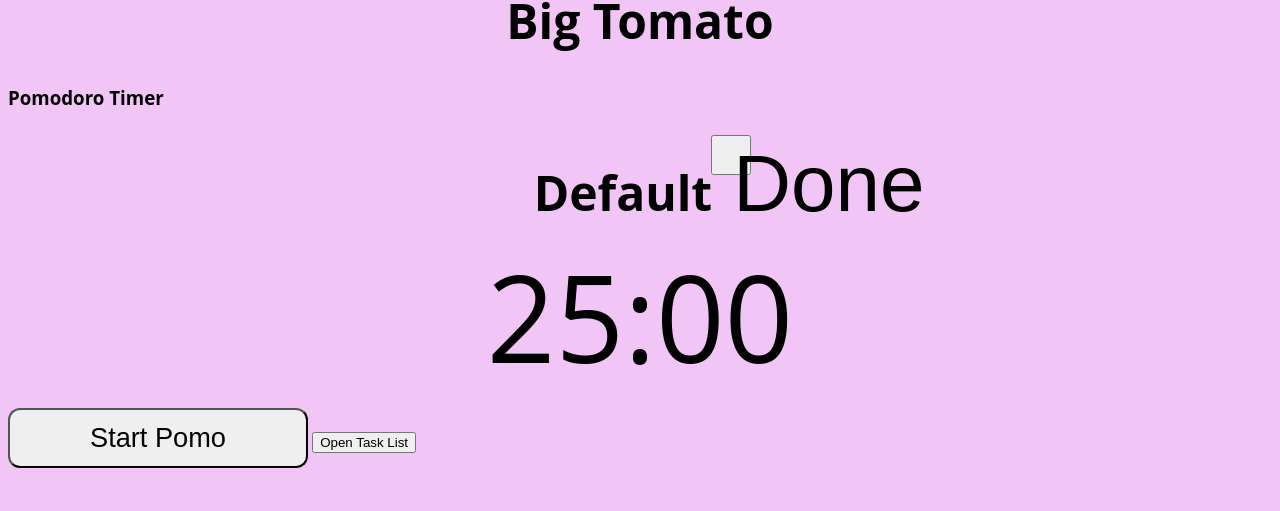
Repository: esong165/cse110-w21-group25
Page: source/index.html
These files come from the project's save history. The page is drawn as it stood at one moment and after the next save; the edit follows.
The browser window is 1280 px wide. The pictures show the whole page.

Above is the page before, as saved 2021-03-04 15:43:49.
Console error: TypeError: Cannot read properties of null (reading 'addEventListener')

### source/index.html
<!DOCTYPE html>
<html lang="en">
<head>


	<meta charset="UTF-8" />
	<title>Pomodoro Timer</title>
	<meta name="viewport" content="width=device-width, initial-scale=1.0" />
	<link rel="stylesheet" href="./main.css" />
</head>
<body>
	<header>
		<h1 id="site-header">Big Tomato</h1>
	</header>

	<main id="homeID" style="display:block">
		<h3>Pomodoro Timer</h3>
		<div id="current-task-container">
			<h3 id="current-task">Default</h3>
			<h3 id="num-pomos">1</h3>
			<button id="done-button" type="submit" value="Done With Task" >
				Done
			</button>
		</div>

		<section id="timer-display">
		<p id="time-remaining">25:00</p>
		<p id="identify" style="display:none">Yes</p>
		</section>
		<button id="timer-button">Start Pomo</button>

		<div id="task-list">
			<h3>Task Name:               Estimated pomodoros:</h3>
			<ul id="tasks-container" is="task-list"></ul>
			<form id="add-task-container">
				<label>Task name:</label>
				<input type="text" id="new-task-name" maxlength="30">
				<label>Estimated pomodoros:</label>
				<input type="number" id="new-task-count" value="1" min="1" max="99">
				<input type="submit" id="add-task-btn" value="Add Task">
			</form>
		</div>

		<button id="tasklist-btn">Open Task List</button>
		<audio id="alarm" src="./air-horn.mp3"></audio>

		<!-- <button id="settings-button">Settings Button</button> -->
	</main>

	<main id="settingsID" style="display:none">
		<form>
			Choose the length of the one pomo:
			<select id="pomoLength">
				<option>20 Minutes</option>
				<option>25 Minutes</option>
				<option>30 Minutes</option>
				<option>35 Minutes</option>
				</select>
			<br><br>
			<input type="button" onclick="getPomoLength()" value="Click Me2!">
		</form>

		<form>
			Display seconds:
			<select id="displaySeconds">
				<option>No</option>
				<option>Yes</option>
				</select>
			<br><br>
			<input type="button" onclick="getTimerStyle()" value="Click Me3!">
		</form>
	</main>

	<script src="./task-item.js" type="module"></script>
	<script src="./settings.js" type="module"></script>
	<script src="./timer.js" type="module"></script>
	<script src="./tasklist.js" type="module"></script>
	<script src="./main.js"></script>

</body>
</html>

### source/main.css
body {
	background-color: rgb(242, 197, 247); /* pomo, short: 184, 236, 184; long: 170, 210, 247; */
	font-family: 'Open Sans', sans-serif;
	padding-bottom: 0;
}

#site-header {
	text-align: center;
	font-size: 300%;
	margin-top: -20px;
}

html {
	overflow-y: scroll;
}

.taskbar-button {
	height: 50px;
	width: 50px;
}

/* nav-buttons */

#home-button {
	padding: 20px;
	outline: 0;
}

#stats-button {
	padding: 20px;
	outline: 0;
}

#settings-button {
	padding: 20px;
	outline: 0;
}

#task-list-button {
	padding: 20px;
	outline: 0;
}

#faq-button {
	padding: 20px;
	outline: 0;
}

/* task-bar */
#task-bar {
	text-align: center;
	margin: 0 auto;
	vertical-align: middle;
	padding-top: 0;
}

/* timer */
#current-task-container {
	text-align: center;
	margin-top: 30px;
}

#current-task {
	display: inline-block;
	font-size: 300%;
	margin: 0;
	text-align: center;
}

#time-remaining {
	font-size: 750%;
	margin-bottom: 10px;
	margin-top: 10px;
	text-align: center;
}

#mode-message {
	text-align: center;
	font-size: 150%;
}

#timer-button-container {
	text-align: center;
}

#timer-button {
	border-radius: 12px;
	font-size: 170%;
	padding: 2px, 2px, 8px, 8px;
	width: 300px;
	height: 60px;
	outline: 0;
}

#timer-button:hover {
	background-color: rgb(207, 207, 207);
}

/* task-list */
#add-task-container {
	text-align: center;
}

#task-list {
	display: none; /* Include some positioning */
}

#task-name {
	text-align: center;
}

#new-task-name {
	size: 20px;
}

#est-pomos {
	text-align: center;
}

#new-task-count {
	size: 20px;
}

#faq {
	display: flex;
	justify-content: center;
}

#faq {
	margin: 0 auto;
	max-width: 50%;
}

#faq div {
	max-width: 100%;
}

#task-list {
	display: none; /* Include some positioning */
}

#navButton {
	text-align: center;
	background-color: aquamarine;
}

#popup-button {
	background-color: rgba(247, 108, 108, 0.932);
	text-align: center;
	display: inline-block;
	font-size: 500%;
	cursor: pointer;
	padding: 20px 20px;
}

#done-button {
	cursor: pointer;
	display: inline-block;
	font-size: 500%;
	height: 40px;
	margin: -5px;
	outline: 0;
	padding-left: 20px;
	text-align: center;
	width: 40px;
}

#popup-button:hover {
	background-color: rgb(255, 0, 0);
}

#done-button:hover {
	background-color: rgb(30, 255, 0);
}

#num-pomos {
	display: none;
	font-size: 300%;
	text-align: center;
}

table,
th,
td {
	border: 1px solid black;
	width: 42%;
	text-align: center;
}

.task-item {
	list-style-type: none;
}

#tasks-container {
	text-align: center;
}

### source/task-item.js
/**
 * A class representing a task item.
 */
export default class TaskItem extends HTMLElement {
	/**
	 * Constructs a task item using the input task name and estimated pomodoro count.
	 * Sets the current pomodoro count to 0.
	 * @param {String} taskName - Name of the task.
	 * @param {Number} pomoCount - Estimated pomodoro count.
	 * @param {Number} currPomoCount - Number of pomodoro cycles that have been completed with this task.
	 */
	constructor(taskName, pomoCount, currPomoCount) {
		// Required call to super in custom web component
		super();

		// Initializes shadow DOM
		const shadow = this.attachShadow({ mode: 'open' });

		// Creates list object representing the task
		const task = document.createElement('li');
		task.setAttribute('class', 'task');
		task.setAttribute('draggable', 'true');
		task.style = 'list-style-type:none; ';

		// Set name of task
		const name = document.createElement('span');
		name.innerHTML = '';
		name.innerHTML += taskName;
		name.style = 'display:none;';
		task.appendChild(name);

		// Set estimated pomodoros
		const count = document.createElement('span');
		count.innerHTML = '';
		count.innerHTML += pomoCount;
		count.style = 'display:none;';
		task.appendChild(count);
		// Set current pomodoro count
		this.currPomos = currPomoCount;

		// Select task button note: considering making this a radio option or making the text a clickable button
		const selectTaskButton = document.createElement('button');
		selectTaskButton.innerHTML = taskName;
		task.appendChild(selectTaskButton);

		const selectPomoButton = document.createElement('button');
		selectPomoButton.innerHTML = pomoCount;
		task.appendChild(selectPomoButton);

		// Remove task button
		const removeTaskButton = document.createElement('button');
		removeTaskButton.innerHTML = 'Remove';
		task.appendChild(removeTaskButton);

		// Add task to shadow DOM
		shadow.appendChild(task);
	}

	drag(event) {
		console.log('drag');
	}

	drop(event) {
		event.preventDefault();
		console.log('drop');
	}

	allowDrop(event) {
		event.preventDefault();
	}
}

customElements.define('task-item', TaskItem);

### source/settings.js
/**
 * Settings Class
 */
export default class Settings {
    /**
     * Changes the current page to the settings page
     */
    constructor() {
        //this.buttonId = buttonId;
        document.getElementById("homeID").style.display = "none";
        document.getElementById("settingsID").style.display = "block";
    }

    /**
     * Changes the settings of the appearance of the timer
     */
    getTimerStyle() {
        let obj = document.getElementById("displaySeconds");
        document.getElementById("identify").innerHTML =
        obj.options[obj.selectedIndex].text;
    }

    /**
     * Changes the timer's intervals
     */
    getPomoLength() {
        let obj = document.getElementById("mySelect2");
        document.getElementById("time-remaining").innerHTML =
        obj.options[obj.selectedIndex].text;
    }
}


// a = new Settings();
document.getElementById('settings-button').addEventListener('click', () => {
    let a = new Settings();
});

### source/timer.js
/**
 * All things timer.
 */
export default class Timer {
	/**
	 * Constructs the timer with a default remaining time of 25 minutes.
	 */
	constructor() {
		//const myMinutes = document.getElementById('minutes');
		this.$remaining = 5 * 1000;
	}

	/**
	 * Gets the remaining time.
	 */
	get remaining() {
		return this.$remaining;
	}

	/**
	 * Sets the remaining time.
	 * @param {Number} time - the remaining time, in miliseconds
	 */
	set remaining(time) {
		this.$remaining = time;
		document.getElementById('time-remaining').textContent = this.$format(time);
	}

	/**
	 * Formats the given time to the form of mm:ss.
	 * @param {Number} time - the time, in miliseconds, to format
	 */
	$format(time) {
		const date = new Date(0);
		date.setMilliseconds(time);
		const isoDate = date.toISOString();
		let formatted;
		if (isoDate.length === 24) {
			formatted = isoDate.substr(14, 5);
		} else {
			formatted = isoDate.substr(17, 5);
		}
		return formatted;
	}

	$startCounter() {
		console.log(this.$remaining);
		this.$intervalId = setInterval(() => {
			this.$remaining -= 1000;
			//console.log(this.$remaining);
			if (this.$remaining === 0) {
				cancelInterval(this.$intervalId);
				document.getElementById('alarm').play();
			}
		}, 1000);
	}
}

document.addEventListener('DOMContentLoaded', () => {
	if (window.app === undefined) window.app = {};
	window.app.timer = new Timer();
	document.getElementById('timer-button').addEventListener('click', window.app.timer.$startCounter);
});
/*
let intervalHandle;
let myMinutes;
let mySeconds;
*/
/**
 * Once the count down is done, timer is reset to the previous page.
 */
/*
function resetPage() {
	document.getElementById('input-area').style.display = 'block';
	document.getElementById('rules').style.display = 'block';
	document.getElementById('timer-button').style.display = 'block';
}
*/
/**
 * Shows the time after each second.
 */
/*
function tick() {
	const timeDisplay = document.getElementById('time-remaining');
	if (mySeconds < 10) {
		mySeconds = '0' + mySeconds;
	}
	if (myMinutes === 0) {
		myMinutes = '00';
	} else if (myMinutes < 10) {
		myMinutes = '0' + myMinutes;
	}
	const message = myMinutes.toString() + ':' + mySeconds;
	timeDisplay.innerHTML = message;
	if (mySeconds === 0 && myMinutes !== 0) {
		myMinutes--;
		mySeconds = 60;
	} else if (mySeconds === 0) {
		document.getElementById('alarm').play();
		clearInterval(intervalHandle);
		resetPage();
	}
	mySeconds--;
}
*/
/**
 * Function starts when the button is clicked and takes in the minute and second input
 */
/*
function startCounter() {
	myMinutes = document.getElementById('minutes').value;
	mySeconds = document.getElementById('seconds').value;
	if (isNaN(myMinutes)) {
		alert('Type a valid number please');
		return;
	}
	if (isNaN(mySeconds)) {
		alert('Type a valid number please');
		return;
	}
	intervalHandle = setInterval(tick, 1000);
	document.getElementById('input-area').style.display = 'none';
	document.getElementById('rules').style.display = 'none';
	document.getElementById('timer-button').style.display = 'none';
}
*/

### source/tasklist.js
import TaskItem from './task-item.js';

/**
 * A class representing a Tasklist.
 */
export default class Tasklist extends HTMLUListElement {
	/**
	 * Constructs the Tasklist with a default tasklist and selected task, or
	 * the tasklist and selected task stored in localStorage if they exist.
	 */
	constructor() {
		// Required call to super in custom web component
		super();

		// Initialize $tasks and $selected to default values
		this.$tasks = [];
		this.$selected = ['Default', '1', '-1'];

		// Get values from localStorage and updating $tasks and $selected if these are not null
		const taskItemArr = JSON.parse(localStorage.getItem('taskItemArr'));
		const selectedArr = JSON.parse(localStorage.getItem('selectedTask'));
		if (taskItemArr !== null) {
			this.$tasks = taskItemArr;
		}
		if (selectedArr !== null) {
			this.$selected = selectedArr;
		}

		// Update current task display
		document.getElementById('current-task').innerHTML = this.$selected[0];
		document.getElementById('num-pomos').innerHTML = this.$selected[1];

		// Update tasklist display
		for (const task of this.$tasks) {
			const currTask = new TaskItem(task[0], task[1], task[2]);
			currTask.id = task[0];

			/* Add select and remove buttons to each task fetched from localStorage
				(Perhaps create new method doing this to be called here and in addTask()) */
			currTask.shadowRoot.children[0].children[2].addEventListener('click',
				function() { document.getElementById('tasks-container').selectTask(task[0]); });
			currTask.shadowRoot.children[0].children[3].addEventListener('click',
				function() { document.getElementById('tasks-container').selectTask(task[0]); });
			currTask.shadowRoot.children[0].children[4].addEventListener('click',
				function() { document.getElementById('tasks-container').removeTask(task[0]); });

			document.getElementById('tasks-container').appendChild(currTask);
			document.getElementById(task[0]).setAttribute('ondragstart', 'drag(event);');
			document.getElementById(task[0]).setAttribute('ondragover', 'allowDrop(event);');
			document.getElementById(task[0]).setAttribute('ondrop', 'drop(event);');
		}
	}

	/**
	 * Gets the current selected task as an array.
	 * @returns {Array} Array containing task name at position 0 and estimated count at position 1.
	 */
	getSelected() {
		return this.$selected;
	}

	/**
	 * Add a task to the tasklist.
	 * @param {String} name - the name of the task
	 * @param {Number} count - the estimated number of pomodoro cycles
	 */
	addTask(name, count) {
		// Validity checking
		if (name.trim() === '') {
			alert('Please enter a valid task name.');
			return;
		}
		const task = new TaskItem(name, count, 0);
		task.id = name;

		/* Add select and remove buttons to the task
			(Perhaps create new method doing this to be called here and in c-tor) */
		task.shadowRoot.children[0].children[2].addEventListener('click',
			function() { document.getElementById('tasks-container').selectTask(name); });
		task.shadowRoot.children[0].children[3].addEventListener('click',
			function() { document.getElementById('tasks-container').removeTask(name); });

		// Store task as array of array in local storage -- could refactor into separate method
		let taskItemArr = JSON.parse(localStorage.getItem('taskItemArr'));
		if (taskItemArr == null) {
			taskItemArr = [];
		}

		// Create array version of the task
		const taskAsArr = [];
		taskAsArr.push(name);
		taskAsArr.push(count);
		taskAsArr.push(task.currPomos);

		// Validity checking (WIP)
		if (!JSON.stringify(taskItemArr).includes(JSON.stringify(taskAsArr))) {
			taskItemArr.push(taskAsArr);
			this.$tasks.push([name, count, task.currPomos]);
			this.appendChild(task);
			document.getElementById(name).setAttribute('ondragstart', 'drag(event);');
			document.getElementById(name).setAttribute('ondragover', 'allowDrop(event);');
			document.getElementById(name).setAttribute('ondrop', 'drop(event);');
		} else {
			alert('Task is already in tasklist.');
			return;
		}

		// This could probably just go in the if block above
		localStorage.setItem('taskItemArr', JSON.stringify(taskItemArr));
	}

	/**
	 * Select a task as the current task.
	 * @param {String} taskId - name of selected task.
	 */
	selectTask(taskId) {
		const task = document.getElementById(taskId).shadowRoot.children[0];
		const name = task.children[0].innerHTML;
		const pomos = task.children[1].innerHTML;

		// Update current task display
		document.getElementById('current-task').innerHTML = name;
		document.getElementById('num-pomos').innerHTML = pomos;

		// Update $selected instance variable
		this.$selected = [name, pomos, document.getElementById(taskId).currPomos];

		// Store selected task in local storage
		localStorage.setItem('selectedTask', JSON.stringify(this.$selected));
		// goes to timer page to see task set
		home();
	}

	/**
	 * Remove a task from the tasklist.
	 * @param {String} taskId - name of task to be removed.
	 */
	removeTask(taskId) {
		const currTaskId = document.getElementById('current-task').innerHTML;
		const taskContainer = document.getElementById('tasks-container');

		const task = document.getElementById(taskId);

		// Remove task from $tasks instance variable
		this.$tasks = arrayRemove(this.$tasks, taskId);

		/* Edge case check for a bug I could not figure out -- without this line,
			sometimes a task enters the tasklist with undefined, undefined --
			occurs when you add a task, select it, then remove it and refresh
			Justin Check how local storage works with select and see what's wrong with case
			*/
		if (JSON.stringify(this.$tasks) === '[{}]') this.$tasks = [];

		// Update tasklist display
		if (task != null) {
			taskContainer.removeChild(task);
		}

		// If current task is the removed task, move to next task in tasklist or default task
		if (currTaskId === taskId) {
			// Select the next task if there are any left in list
			if (taskContainer.hasChildNodes()) {
				document.getElementById('tasks-container').selectTask(this.$tasks[0][0]);
			} else {
				// Update displays and $selected to defaults if there are no tasks left in list
				document.getElementById('current-task').innerHTML = 'Default';
				document.getElementById('num-pomos').innerHTML = '1';
				this.$selected = ['Default', '1', '-1'];
			}
		}

		// Update localStorage with $tasks and $selected
		localStorage.setItem('taskItemArr', JSON.stringify(this.$tasks));
		localStorage.setItem('selectedTask', JSON.stringify(this.$selected));
	}

	updateCurrPomos(taskId) {
		const currTaskItem = document.getElementById(taskId);
		if (currTaskItem !== null) {
			currTaskItem.currPomos++;
			for (let i = 0; i < this.$tasks.length; i++) {
				if (this.$tasks[i][0] === taskId) {
					this.$tasks[i][2]++;
					localStorage.setItem('taskItemArr', JSON.stringify(this.$tasks));
					break;
				}
			}
			this.$selected[2]++;
			localStorage.setItem('selectedTask', JSON.stringify(this.$selected));
		}
	}
}

customElements.define('task-list', Tasklist, { extends: 'ul' });

function home() {
	/* add listeners or something to change color for timer */
	/* hides non timer elements and makes timer elements visible */

	const home = document.getElementById('timer');
	home.style.display = 'block';

	const tasklist = document.getElementById('task-list');
	tasklist.style.display = 'none';

	const faq = document.getElementById('faq');
	faq.style.display = 'none';

	const settings = document.getElementById('settings');
	settings.style.display = 'none';

	const stats = document.getElementById('stats');
	stats.style.display = 'none';
}

/**
 * Helper function to remove task from $tasks.
 * @param {*} arr - array to remove from.
 * @param {*} toRemove - element to be removed.
 */
function arrayRemove(arr, toRemove) {
	return arr.filter(function(el) {
		return el[0] !== toRemove;
	});
}

### source/main.js
// Run on DOM load
document.addEventListener('DOMContentLoaded', () => {
	const datalist = document.getElementById('tasks-container');

	/**
	 * Sets all taskbar icons to not selected and all style.displays to none.
	 */
	function setAllNone() {
		const home = document.getElementById('timer');
		home.style.display = 'none';

		const tasklist = document.getElementById('task-list');
		tasklist.style.display = 'none';

		const faq = document.getElementById('faq');
		faq.style.display = 'none';

		const settings = document.getElementById('settings');
		settings.style.display = 'none';

		const stats = document.getElementById('stats');
		stats.style.display = 'none';

		const taskListButtonStart = document.getElementById('task-list-button');
		const homeButtonStart = document.getElementById('home-button');
		const statsButtonStart = document.getElementById('stats-button');
		const settingsButtonStart = document.getElementById('settings-button');
		const faqButtonStart = document.getElementById('faq-button');

		taskListButtonStart.setAttribute('src', 'images/tasklist.png');
		homeButtonStart.setAttribute('src', 'images/home.png');
		statsButtonStart.setAttribute('src', 'images/stats.png');
		settingsButtonStart.setAttribute('src', 'images/settings.png');
		faqButtonStart.setAttribute('src', 'images/faq.png');
	}

	/* initial load home page */
	setAllNone();
	const homeButtonSelect = document.getElementById('home-button');
	homeButtonSelect.setAttribute('src', 'images/home2.png');

	// Changes Color of selected button. Default is home
	const home = document.getElementById('timer');
	home.style.display = 'block';

	// If tasklist icon clicked on
	const taskListButton = document.getElementById('task-list-button');
	taskListButton.addEventListener('click', function tasklist() {
		/* hides non tasklist elements and makes tasklist elements visible */
		/* see if we have to do anything to make new tasklist items show appropriately */

		setAllNone();
		/* Changes Color of selected button. */
		const tasklistButtonSelect = document.getElementById('task-list-button');
		tasklistButtonSelect.setAttribute('src', 'images/tasklist2.png');
		// shows tasklist
		const tasklist = document.getElementById('task-list');
		tasklist.style.display = 'block';
	});

	// If home icon clicked on
	const homeButton = document.getElementById('home-button');
	homeButton.addEventListener('click', function home() {
		/* add listeners or something to change color for timer */
		/* hides non timer elements and makes timer elements visible */

		setAllNone();
		/* Changes Color of selected button. */
		const homeButtonSelect = document.getElementById('home-button');
		homeButtonSelect.setAttribute('src', 'images/home2.png');
		// shows timer
		const home = document.getElementById('timer');
		home.style.display = 'block';
	});

	// If stats icon clicked on
	const statsButton = document.getElementById('stats-button');
	statsButton.addEventListener('click', function stats() {
		/* hides non stats elements and makes stats elements visible */

		setAllNone();
		/* Changes Color of selected button. */
		const statsButtonSelect = document.getElementById('stats-button');
		statsButtonSelect.setAttribute('src', 'images/stats2.png');
		// shows settings
		const stats = document.getElementById('stats');
		stats.style.display = 'block';
	});

	const faqButton = document.getElementById('faq-button');
	faqButton.addEventListener('click', function faq() {
		/* hides non stats elements and makes stats elements visible */

		setAllNone();
		/* Changes Color of selected button. */
		const faqButtonSelect = document.getElementById('faq-button');
		faqButtonSelect.setAttribute('src', 'images/faq2.png');
		// shows settings
		const faq = document.getElementById('faq');
		faq.style.display = 'block';
	});

	const settingsButton = document.getElementById('settings-button');
	settingsButton.addEventListener('click', function settings() {
		/* hides non stats elements and makes stats elements visible */

		setAllNone();
		/* Changes Color of selected button. */
		const settingsButtonSelect = document.getElementById('settings-button');
		settingsButtonSelect.setAttribute('src', 'images/settings2.png');
		// shows settings
		const settings = document.getElementById('settings');
		settings.style.display = 'block';
	});

	// "Add task" functionality for tasklist
	const addTaskButton = document.getElementById('add-task-container');
	addTaskButton.addEventListener('submit', function(event) {
		event.preventDefault();
		const newName = document.getElementById('new-task-name');
		const newCount = document.getElementById('new-task-count');
		datalist.addTask(newName.value, newCount.value);
		newName.value = '';
		newCount.value = 1;
	});

	// "Finish Task" functionality for tasklist
	const doneButton = document.getElementById('done-button');
	doneButton.addEventListener('click', function() {
		const currTask = document.getElementById('current-task').innerHTML;
		if (currTask === 'Default') return; // Come back to this in case user wants to have a task named "Default"
		document.getElementById('tasks-container').removeTask(currTask);
	});
});

After the next save:
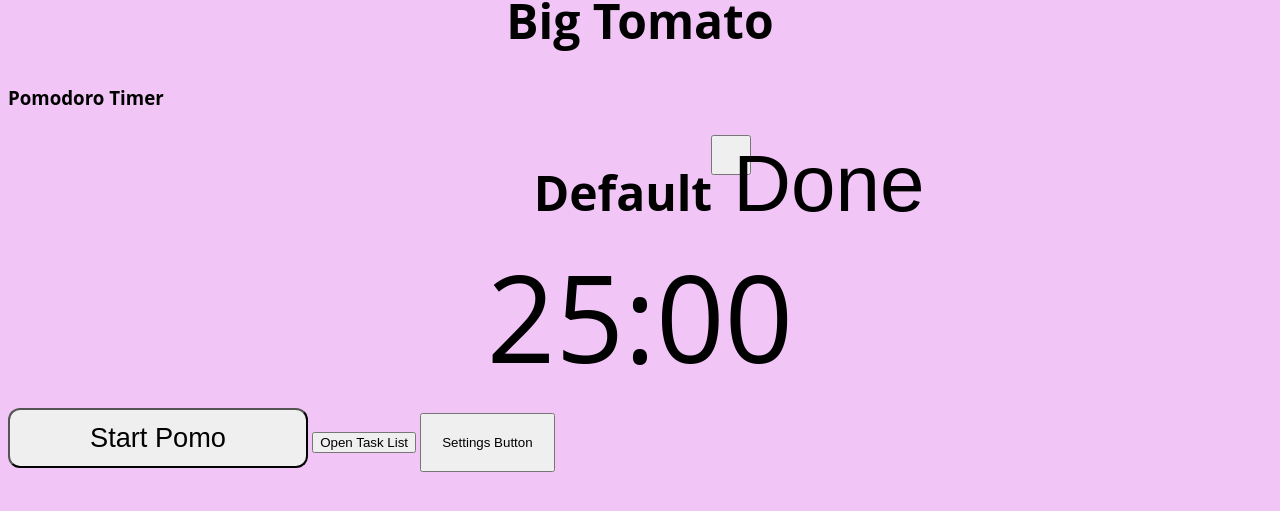
Console error: TypeError: Cannot read properties of null (reading 'style')
Saved 24 s later.
--- a/source/index.html
+++ b/source/index.html
@@ -44,7 +44,7 @@
 		<button id="tasklist-btn">Open Task List</button>
 		<audio id="alarm" src="./air-horn.mp3"></audio>
 
-		<!-- <button id="settings-button">Settings Button</button> -->
+		<button id="settings-button">Settings Button</button>
 	</main>
 
 	<main id="settingsID" style="display:none">
